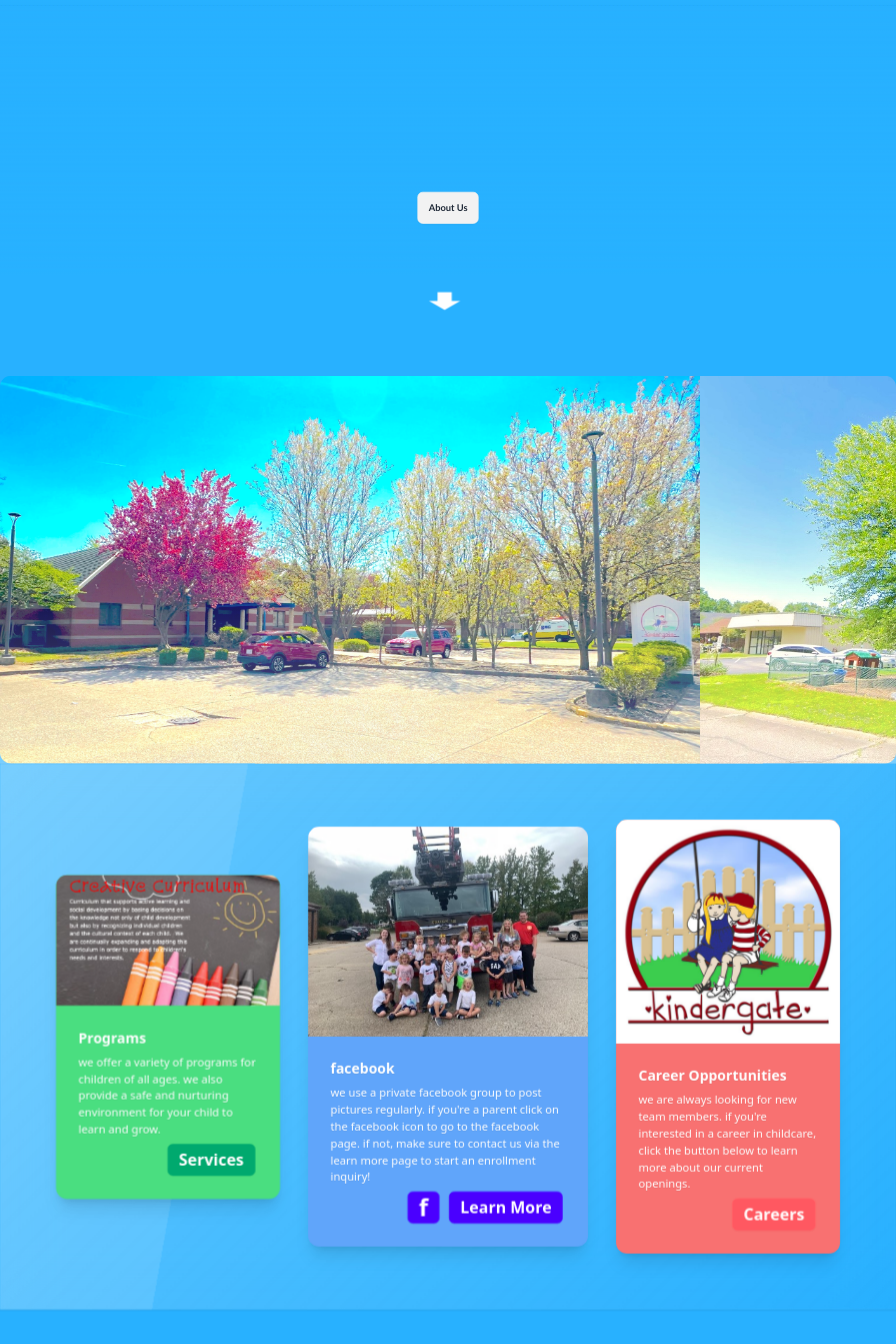
Repository: Parkerboling1/Kindergate-Final-Copy-copy
Page: index.html
These files come from the project's save history. The page is drawn as it stood at one moment and after the next save; the edit follows.
The browser window is 1280 px wide. The pictures show the part of the page from y = 357 to 2277 px (the page is 4086 px tall), at 70% of full size.
Some web libraries are served in a nearby version.

Above is the page before, as saved 2024-06-04 11:56:12.
Console error: TypeError: Cannot read properties of null (reading 'addEventListener')

After the next save:
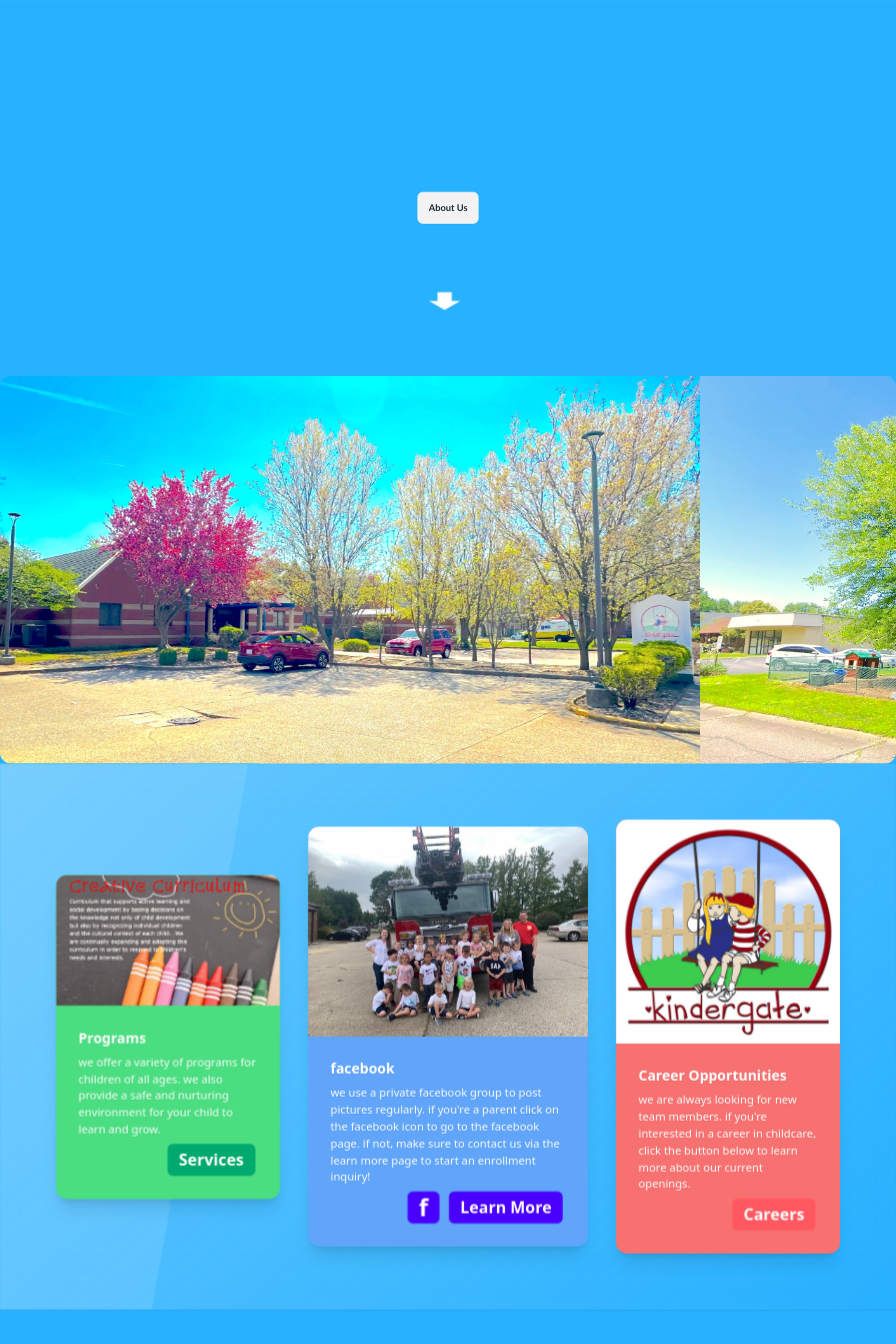
Saved 17 min 57 s later.
--- a/index.html
+++ b/index.html
@@ -154,7 +154,7 @@
           </div>
         </div>
       </div>
-      <div class="blender2"></div>
+      <div class="blender2 hidden"></div>
       <div class="hoursection glass">
         <div class="flex justify-center items-center gap-10 p-20 ">
           <div class="card w-96 bg-green-400 shadow-xl text-white">
